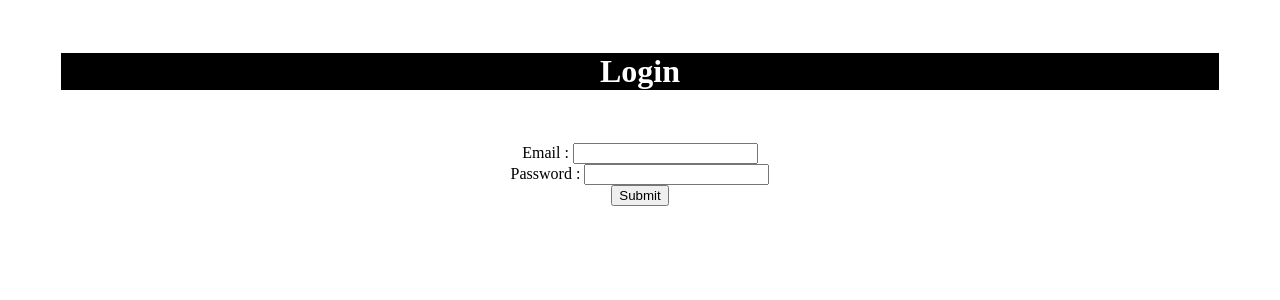
Repository: KD3-86718-yagywalky/Advance-java
Page: http://localhost/secondapp/
The author's editor kept a copy of each file at every save. The page is drawn from the files as they stood at one save, then again after the next save.
The browser window is 1280 px wide. The pictures show the whole page.
The page is served by Tomcat 9. Other server files are loaded and not shown.

Above is the page before, as saved 2024-12-03 09:38:43.

### Assignment02/secondapp/src/main/webapp/index.html
<!DOCTYPE html>
<html>
<head>
<meta charset="ISO-8859-1">
<link rel="stylesheet" href="index.css">
<title>Election Login</title>
</head>
<body style="text-align: center;">
		<h1> Login </h1>
		<div style="border: 1 solid;">
		Email : <input type="email" name="email"/>
		<br>
		Password : <input type="password" name="passwd"/>
		<br>
		<input type="submit" name="Submit"/>
		</div>
</body>
</html>

### Assignment02/secondapp/src/main/webapp/index.css
@charset "ISO-8859-1";

h1 {
	background-color: black;
	color: white;
	border: solid;
	margin: 50px;
}

After the next save:
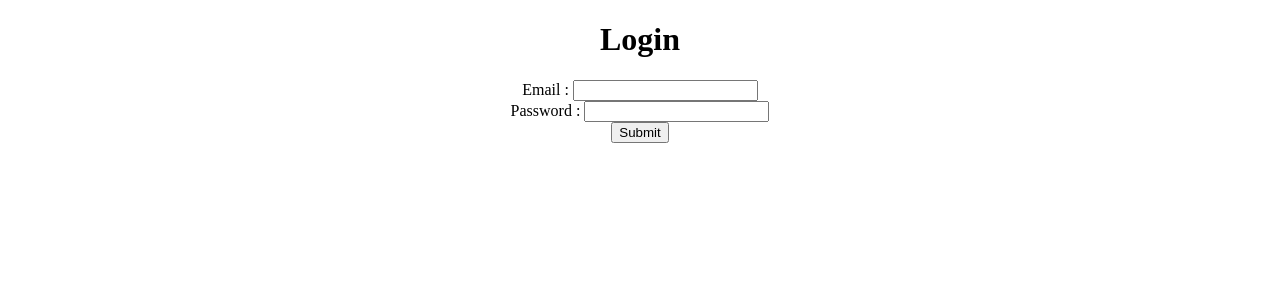
Saved 86 s later.
--- a/Assignment02/secondapp/src/main/webapp/index.css
+++ b/Assignment02/secondapp/src/main/webapp/index.css
@@ -1,6 +1,6 @@
 @charset "ISO-8859-1";
 
-h1 {
+.to {
 	background-color: black;
 	color: white;
 	border: solid;
